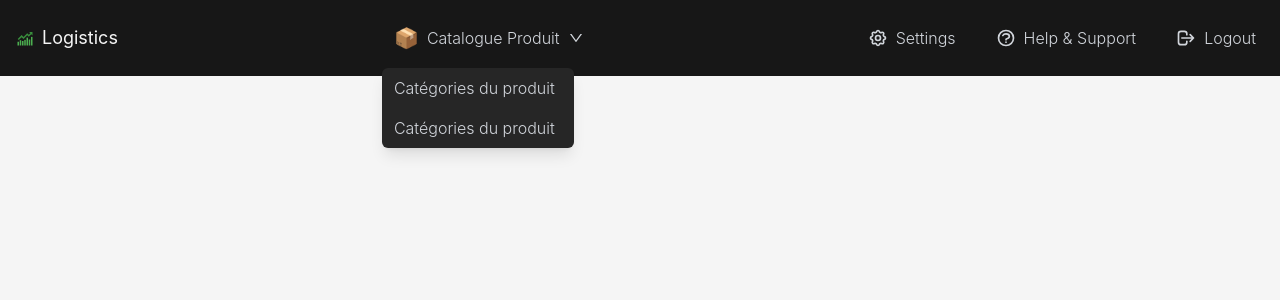
Repository: Mayar2222/Dashboard
Page: /, after clicking the first element matching `button.flex`
An editor plug-in stored every save of this project. The page is shown before and after the next save, followed by the edit.
The browser window is 1280 px wide. The pictures show the whole page.
Pictures or frames that could not be fetched are drawn as grey boxes. The project was rebuilt for these pictures with package versions that can differ from the ones it lists, and the page was loaded fresh each time. Also part of the build but not shown: src/components/CatalogueProduits.jsx, src/components/Categories.jsx.

Above is the page before, as saved 2024-07-28 16:44:08.

After the next save:
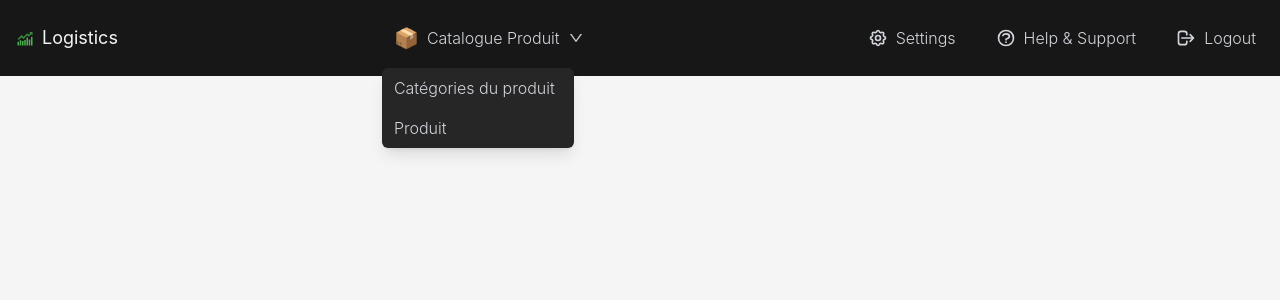
Saved 4 s later.
--- a/src/components/shared/Sidebar.jsx
+++ b/src/components/shared/Sidebar.jsx
@@ -38,7 +38,7 @@ export default function Sidebar() {
                 Catégories du produit
               </Link>
               <Link to="/produit" className={linkClasses}>
-                Catégories du produit
+                Produit
               </Link>
             </div>
           )}
